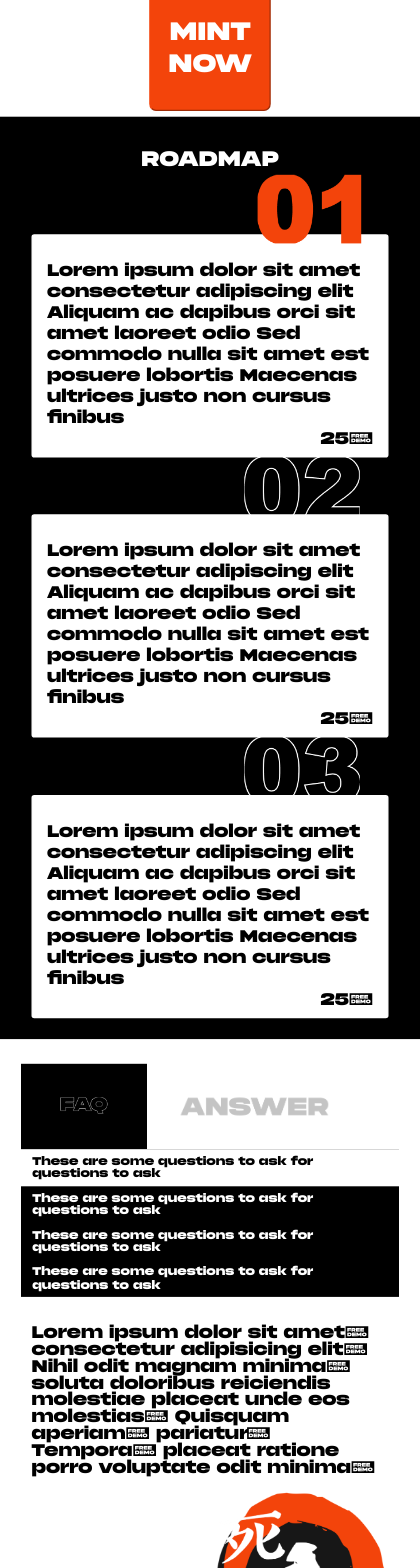
Repository: danishmahmoodawan/Sneakpeak
Page: /
The author's editor kept a copy of each file at every save. The page is drawn from the files as they stood at one save, then again after a run of saves.
The browser window is 600 px wide. The pictures show the part of the page from y = 734 to 2974 px (the page is 3639 px tall before and 3853 px after), at 70% of full size.
The project was rebuilt for these pictures with package versions that can differ from the ones it lists, and the page was loaded fresh each time.

Above is the page before, as saved 2022-02-28 22:31:36.

After the next 2 saves:
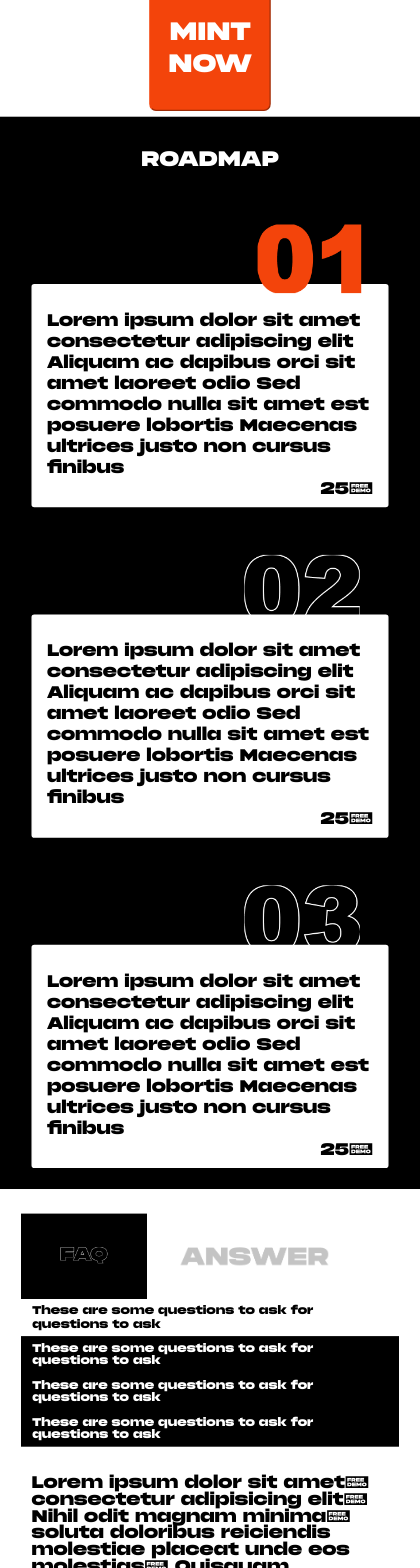
The 2 saves are shown as one change because they came seconds apart.
The last was saved 63 s later.
--- a/public/assets/css/style.css
+++ b/public/assets/css/style.css
@@ -417,6 +417,9 @@ text-align: center;
   .left_sec_col{
     border-radius: 0;
   }
+  .map_one{
+    margin-top: 30%;
+  }
   .first_section {
     background-size: cover;
     height: 25vh;
